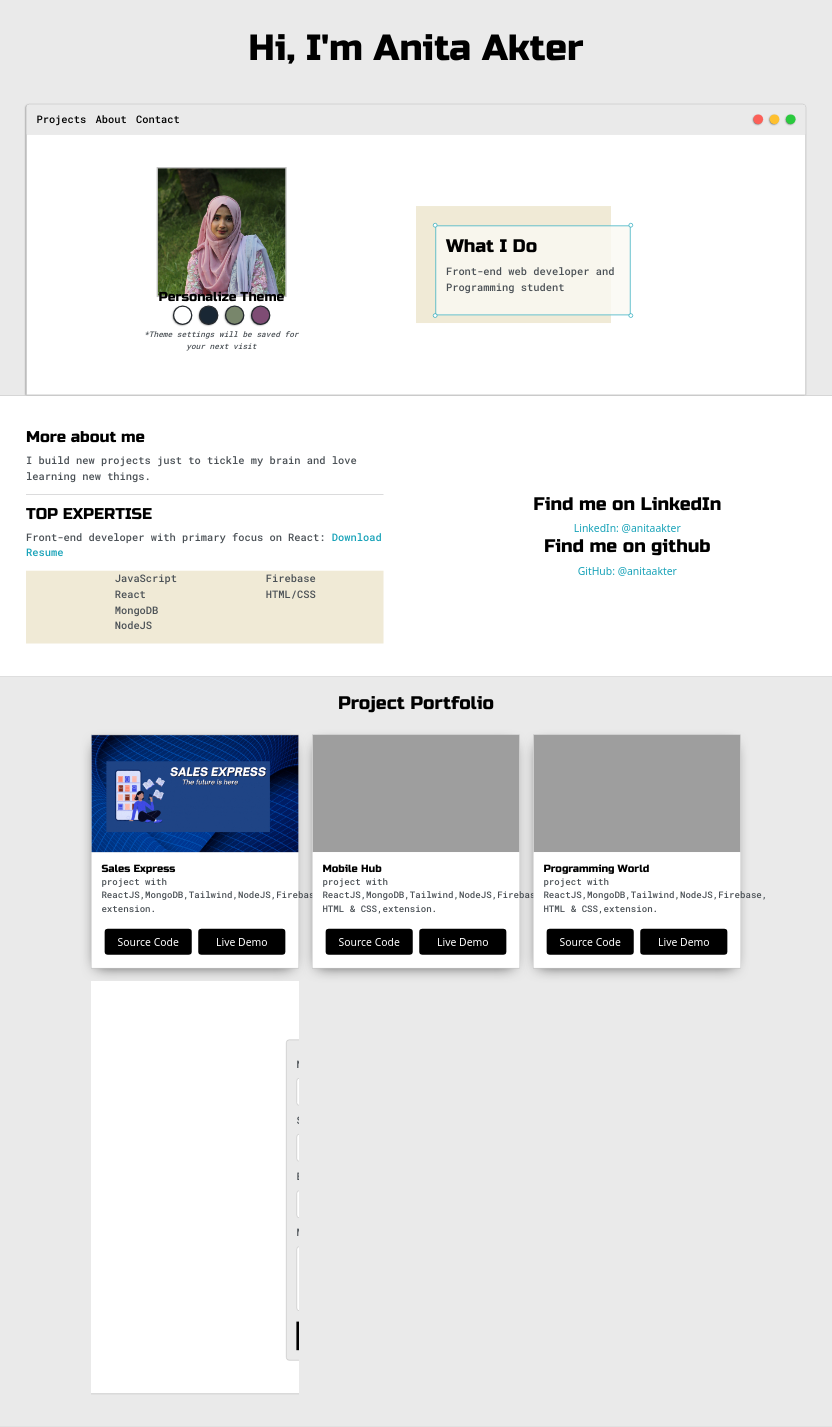
Repository: AnitaAkter/My_portfolio
Page: index.html
These files come from the project's save history. The page is drawn as it stood at one moment and after the next save; the edit follows.
The browser window is 1280 px wide. The pictures show the whole page, at 65% of full size.
Pictures or frames that could not be fetched are drawn as grey boxes.

Above is the page before, as saved 2022-12-10 14:26:11.

After the next save:
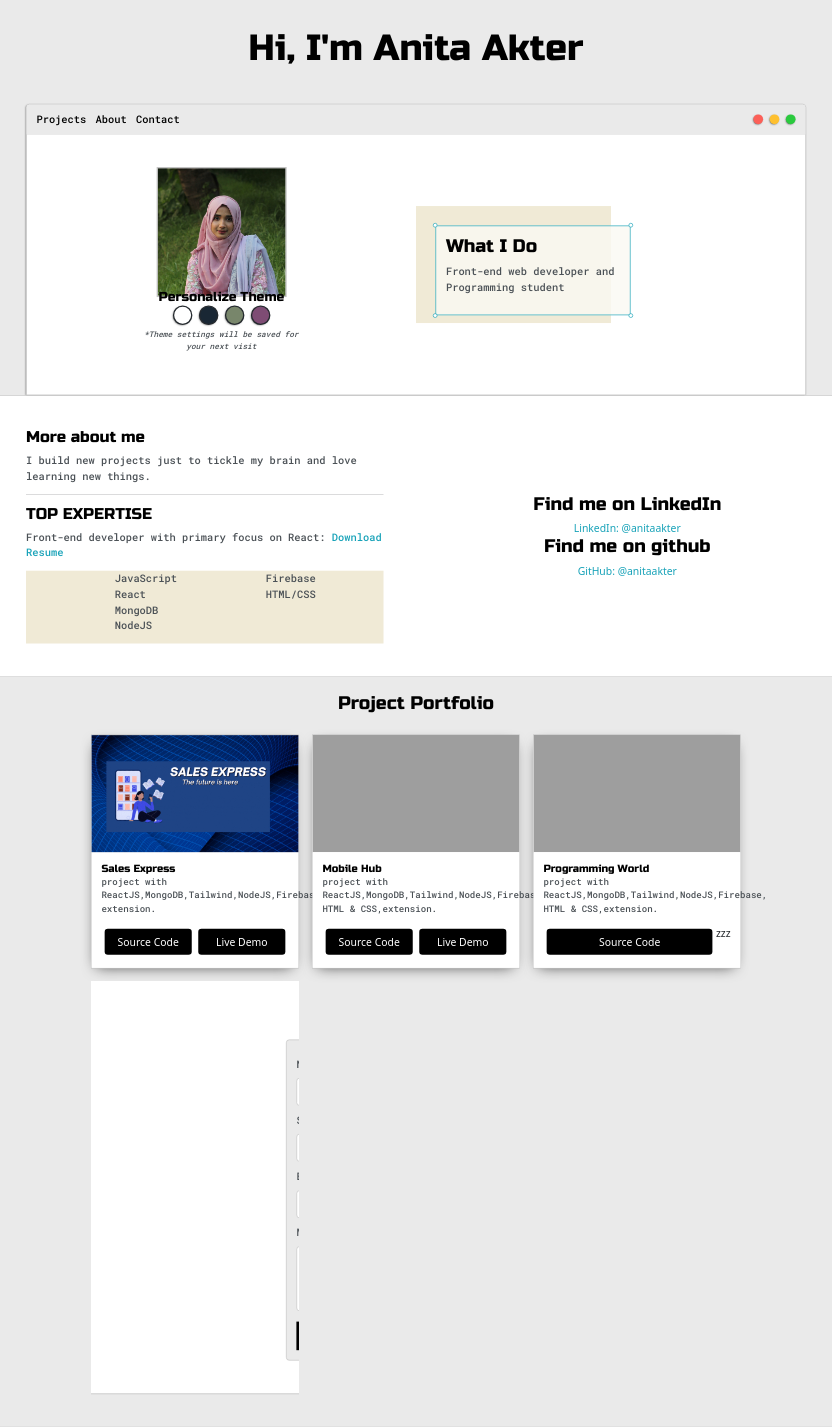
Saved 30 s later.
--- a/index.html
+++ b/index.html
@@ -193,8 +193,7 @@
 								<a target="_blank" href="https://github.com/AnitaAkter/Learning-platform_client"
 									class="sourceCode-btn w-100">Source
 									Code</a>
-								<a target="_blank" href="https://assignment-10-f520c.web.app/"
-									class="sourceCode-btn w-100">Live Demo</a>
+									zzz
 							</div>
 						</div>
 					</div>
